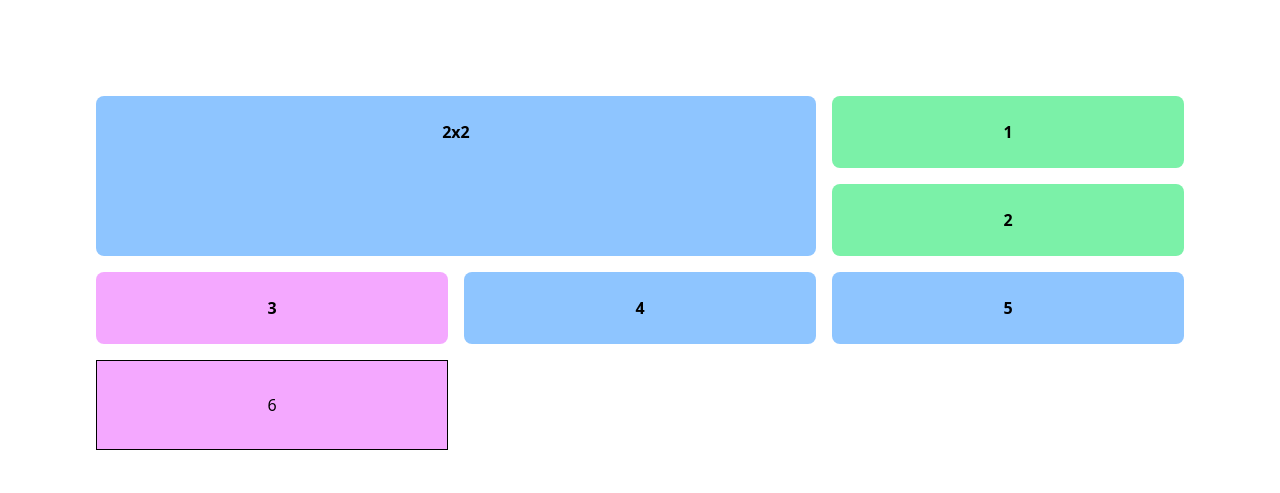
Repository: Abdulahi338/TailwindCss-exercise
Page: Exercise3/index.html
These files come from the project's save history. The page is drawn as it stood at one moment and after a run of saves; the edit follows.
The browser window is 1280 px wide. The pictures show the whole page.

Above is the page before, as saved 2025-08-12 17:40:54.

### Exercise3/index.html
<!DOCTYPE html>
<html lang="en">
<head>
    <meta charset="UTF-8">
    <meta name="viewport" content="width=device-width, initial-scale=1.0">
        <script src="https://cdn.jsdelivr.net/npm/@tailwindcss/browser@4"></script>

    <title>Exercise 2</title>
</head>
<body>

    <div class="grid grid-cols-3 grid-rwos-3 gap-4 m-24 text-center">
        <div class="bg-blue-300 p-6 font-bold col-span-2 row-span-2 rounded-lg"">2x2</div>
        <div class="bg-green-300 p-6 font-bold rounded-lg">1</div>
        <div class="bg-green-300 p-6 font-bold rounded-lg"">2</div>
        <div class="bg-fuchsia-300 p-6 font-bold rounded-lg"">3</div>
        <div class="bg-blue-300 p-6 font-bold rounded-lg"">4</div>
        <div class="bg-blue-300 p-6 font-bold rounded-lg"">5</div>
        <div class="bg-fuchsia-300 p-8 font-med border">6</div>

    </div>


</body>
</html>

After the next 2 saves:
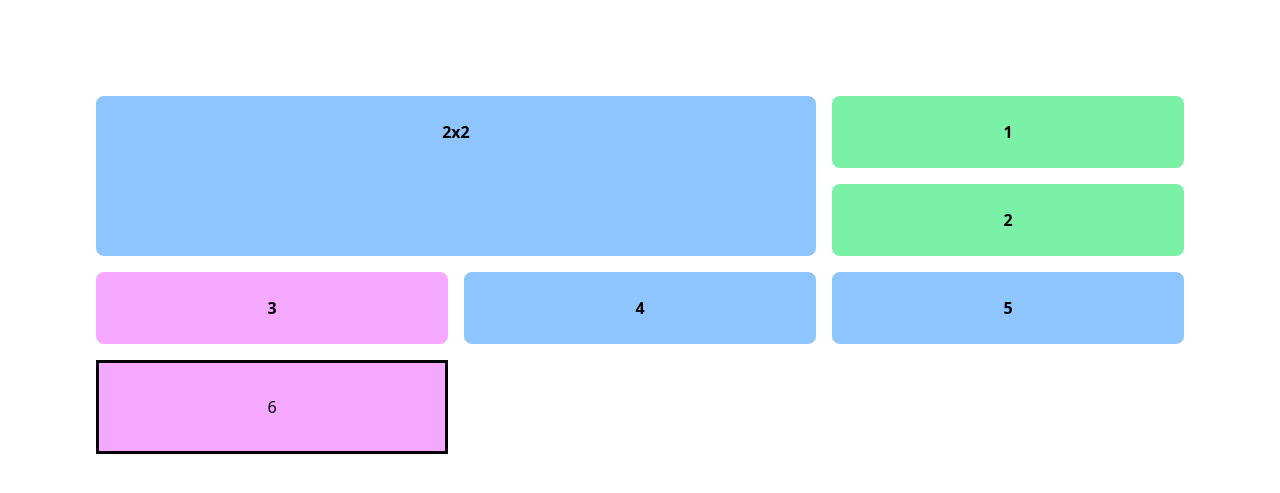
The 2 saves are shown as one change because they came seconds apart.
The last was saved 7 s later.
--- a/Exercise3/index.html
+++ b/Exercise3/index.html
@@ -16,7 +16,7 @@
         <div class="bg-fuchsia-300 p-6 font-bold rounded-lg"">3</div>
         <div class="bg-blue-300 p-6 font-bold rounded-lg"">4</div>
         <div class="bg-blue-300 p-6 font-bold rounded-lg"">5</div>
-        <div class="bg-fuchsia-300 p-8 font-med border">6</div>
+        <div class="bg-fuchsia-300 p-8 font-med border-3">6</div>
 
     </div>
 

After the save that followed:
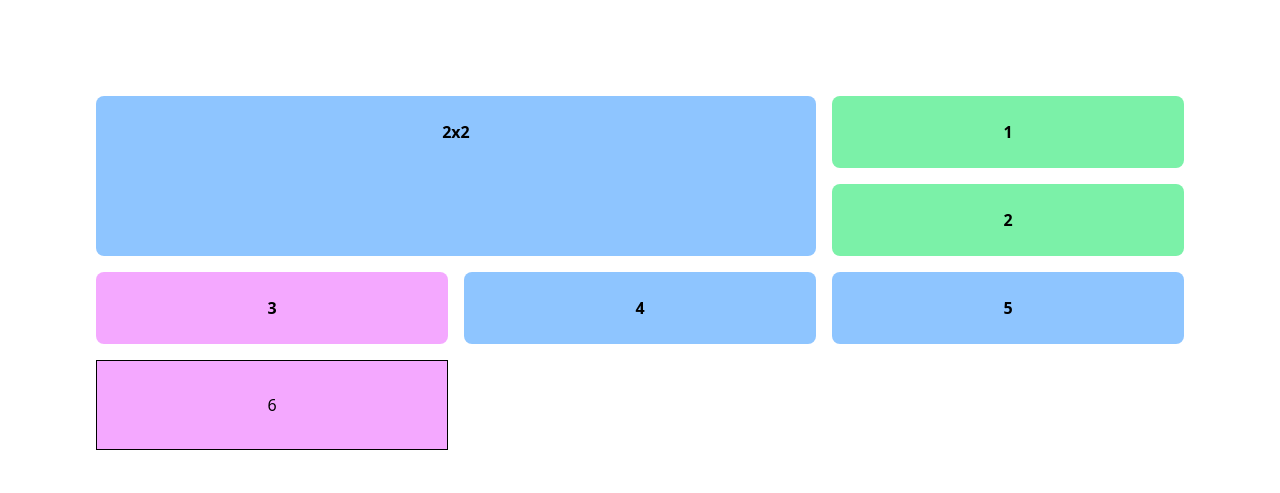
Saved 34 s later.
--- a/Exercise3/index.html
+++ b/Exercise3/index.html
@@ -16,7 +16,7 @@
         <div class="bg-fuchsia-300 p-6 font-bold rounded-lg"">3</div>
         <div class="bg-blue-300 p-6 font-bold rounded-lg"">4</div>
         <div class="bg-blue-300 p-6 font-bold rounded-lg"">5</div>
-        <div class="bg-fuchsia-300 p-8 font-med border-3">6</div>
+        <div class="bg-fuchsia-300 p-8 font-med border border-">6</div>
 
     </div>
 
